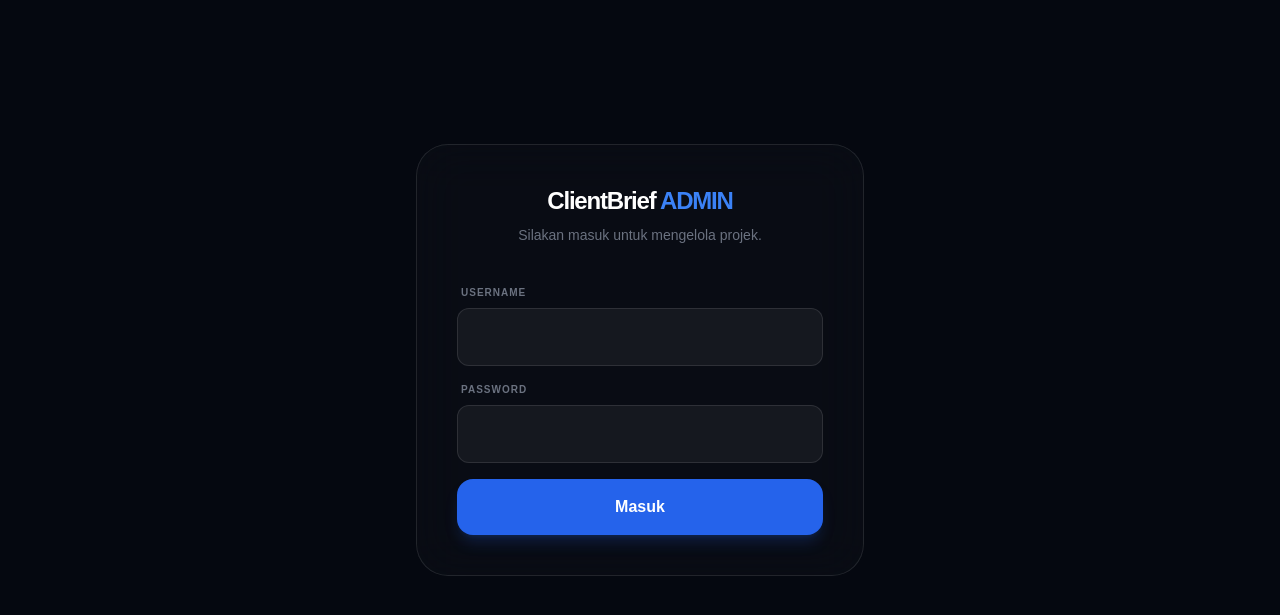
Repository: zhr-nabila/ClientBrief
Page: http://localhost/admin/login.php
An editor plug-in stored every save of this project. The page is shown before and after the next save, followed by the edit.
The browser window is 1280 px wide. The pictures show the whole page.
Some web fonts or font styles are not loaded; a fallback is used. Some web libraries are served in a nearby version. The page is run by PHP 8.4 with error messages shown; the project is at /var/www/html/.

Above is the page before, as saved 2026-01-18 21:16:16.

### admin/login.php
<?php
session_start();
if (isset($_SESSION['admin_logged_in'])) {
    header("Location: index.php");
    exit();
}

if (isset($_POST['login'])) {
    $user = $_POST['username'];
    $pass = $_POST['password'];

    if ($user === "admin" && $pass === "admin123") {
        $_SESSION['admin_logged_in'] = true;
        header("Location: index.php");
        exit();
    } else {
        $error = "Username atau Password salah.";
    }
}
?>
<!DOCTYPE html>
<html lang="id">

<head>
    <meta charset="UTF-8">
    <title>Admin Login | ClientBrief</title>
    <script src="https://cdn.tailwindcss.com"></script>
    <link href="https://fonts.googleapis.com/css2?family=Plus+Jakarta+Sans:wght@400;700&display=swap" rel="stylesheet">
    <style>
        body {
            background-color: #050810;
            font-family: 'Plus Jakarta Sans', sans-serif;
        }
    </style>
</head>

<body class="flex items-center justify-center min-h-screen p-6">
    <div class="w-full max-w-md bg-white/[0.02] border border-white/10 p-10 rounded-[32px] backdrop-blur-xl">
        <div class="text-center mb-10">
            <h1 class="text-2xl font-black tracking-tighter text-white">ClientBrief <span class="text-blue-500">ADMIN</span></h1>
            <p class="text-gray-500 text-sm mt-2">Silakan masuk untuk mengelola projek.</p>
        </div>
        <?php if (isset($error)): ?>
            <div class="bg-red-500/10 border border-red-500/20 text-red-500 text-xs p-4 rounded-xl mb-6 text-center"><?= $error ?></div>
        <?php endif; ?>
        <form method="POST" class="space-y-4">
            <div>
                <label class="text-[10px] font-bold text-gray-500 uppercase tracking-widest ml-1 mb-2 block">Username</label>
                <input type="text" name="username" class="w-full bg-white/5 border border-white/10 p-4 rounded-xl text-white outline-none focus:border-blue-500 transition" required>
            </div>
            <div>
                <label class="text-[10px] font-bold text-gray-500 uppercase tracking-widest ml-1 mb-2 block">Password</label>
                <input type="password" name="password" class="w-full bg-white/5 border border-white/10 p-4 rounded-xl text-white outline-none focus:border-blue-500 transition" required>
            </div>
            <button type="submit" name="login" class="w-full bg-blue-600 py-4 rounded-2xl font-bold text-white mt-4 hover:bg-blue-700 transition shadow-lg shadow-blue-600/20">Masuk</button>
        </form>
    </div>
</body>

</html>

### assets/css/style.css
:root {
            --bg: #050810;
            --text: white;
            --card: rgba(255, 255, 255, 0.02);
            --border: rgba(255, 255, 255, 0.08);
        }

        .light-mode {
            --bg: #f8fafc;
            --text: #0f172a;
            --card: rgba(255, 255, 255, 0.8);
            --border: rgba(0, 0, 0, 0.05);
        }

        body {
            background-color: var(--bg);
            color: var(--text);
            font-family: 'Plus Jakarta Sans', sans-serif;
            transition: 0.4s;
            overflow-x: hidden;
        }

        .glass-card {
            background: var(--card);
            border: 1px solid var(--border);
            backdrop-filter: blur(15px);
        }

        .no-scrollbar::-webkit-scrollbar {
            display: none;
        }

        .no-scrollbar {
            -ms-overflow-style: none;
            scrollbar-width: none;
        }

        .hero-gradient {
            background: radial-gradient(circle at top right, #1e293b, var(--bg));
        }

        .step-content,
        #form-container {
            display: none;
        }

        .active {
            display: block !important;
            animation: slideUp 0.6s cubic-bezier(0.16, 1, 0.3, 1);
        }

        /* Animasi Modal */
        #imageModal.active {
            display: flex;
            animation: fadeIn 0.3s ease;
        }

        @keyframes fadeIn {
            from {
                opacity: 0;
            }

            to {
                opacity: 1;
            }
        }

        @keyframes slideUp {
            from {
                opacity: 0;
                transform: translateY(30px);
            }

            to {
                opacity: 1;
                transform: translateY(0);
            }
        }

        @keyframes shake {

            0%,
            100% {
                transform: translateX(0);
            }

            25% {
                transform: translateX(-6px);
            }

            50% {
                transform: translateX(6px);
            }

            75% {
                transform: translateX(-6px);
            }
        }

        .error-shake {
            animation: shake 0.3s ease-in-out;
            border-color: #ef4444 !important;
        }

        input,
        select,
        textarea {
            width: 100%;
            background: rgba(120, 120, 120, 0.05);
            border: 1px solid var(--border);
            border-radius: 1rem;
            padding: 1rem;
            color: inherit;
            outline: none;
            transition: 0.3s;
        }

        input:focus {
            border-color: #2563eb !important;
        }

        .iti {
            width: 100%;
        }

        .iti__country-list {
            color: #000;
            border-radius: 1rem;
            padding: 10px;
        }

        .light-mode .iti__country-list {
            background: #fff;
        }

After the next save:
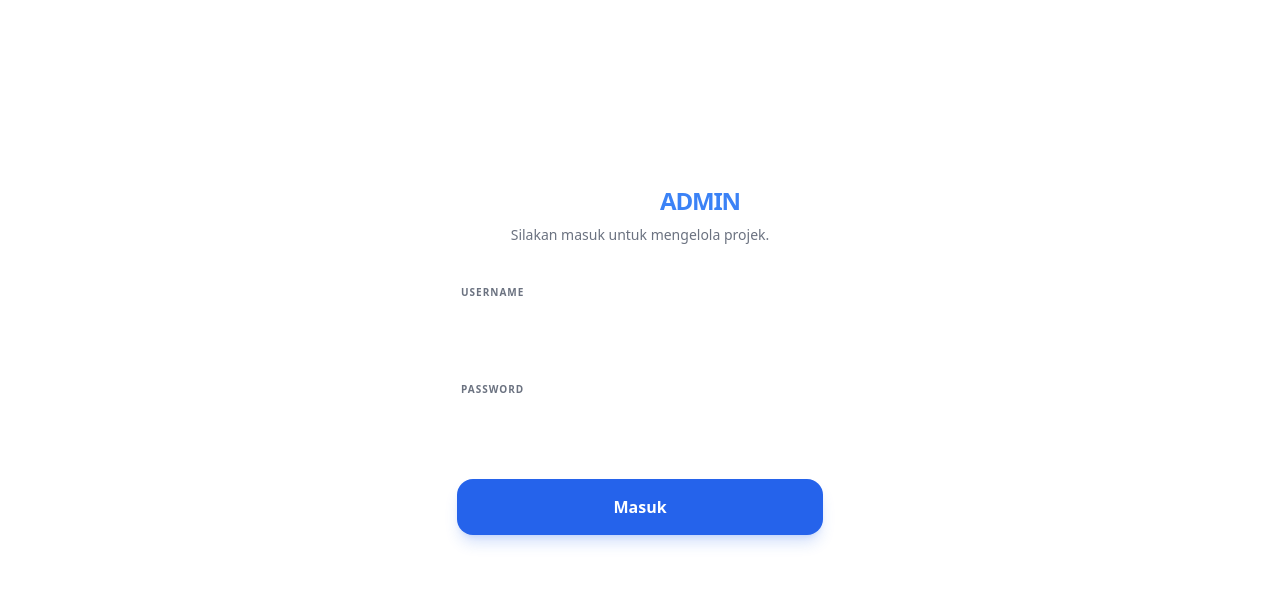
Saved 15 s later.
--- a/admin/login.php
+++ b/admin/login.php
@@ -26,12 +26,7 @@
     <title>Admin Login | ClientBrief</title>
     <script src="https://cdn.tailwindcss.com"></script>
     <link href="https://fonts.googleapis.com/css2?family=Plus+Jakarta+Sans:wght@400;700&display=swap" rel="stylesheet">
-    <style>
-        body {
-            background-color: #050810;
-            font-family: 'Plus Jakarta Sans', sans-serif;
-        }
-    </style>
+
 </head>
 
 <body class="flex items-center justify-center min-h-screen p-6">

After the 2 saves that followed:
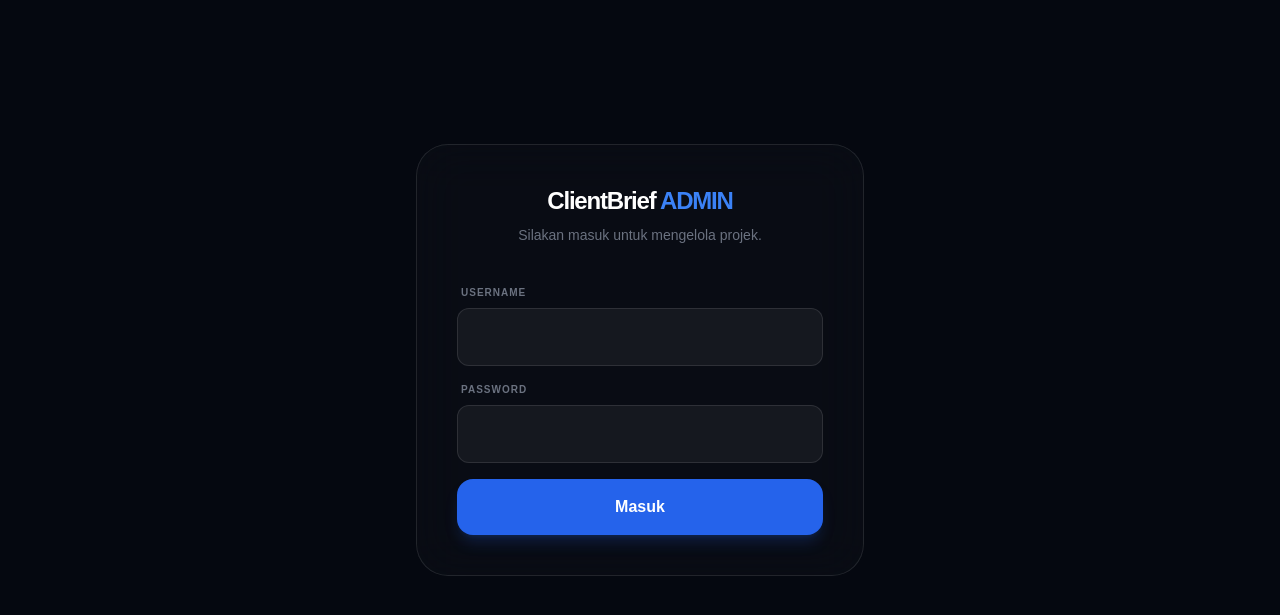
The 2 saves are shown as one change because they came seconds apart.
The last was saved 9 s later.
--- a/admin/login.php
+++ b/admin/login.php
@@ -26,7 +26,7 @@
     <title>Admin Login | ClientBrief</title>
     <script src="https://cdn.tailwindcss.com"></script>
     <link href="https://fonts.googleapis.com/css2?family=Plus+Jakarta+Sans:wght@400;700&display=swap" rel="stylesheet">
-
+    <link rel="stylesheet" href="../assets/css/style.css">
 </head>
 
 <body class="flex items-center justify-center min-h-screen p-6">
